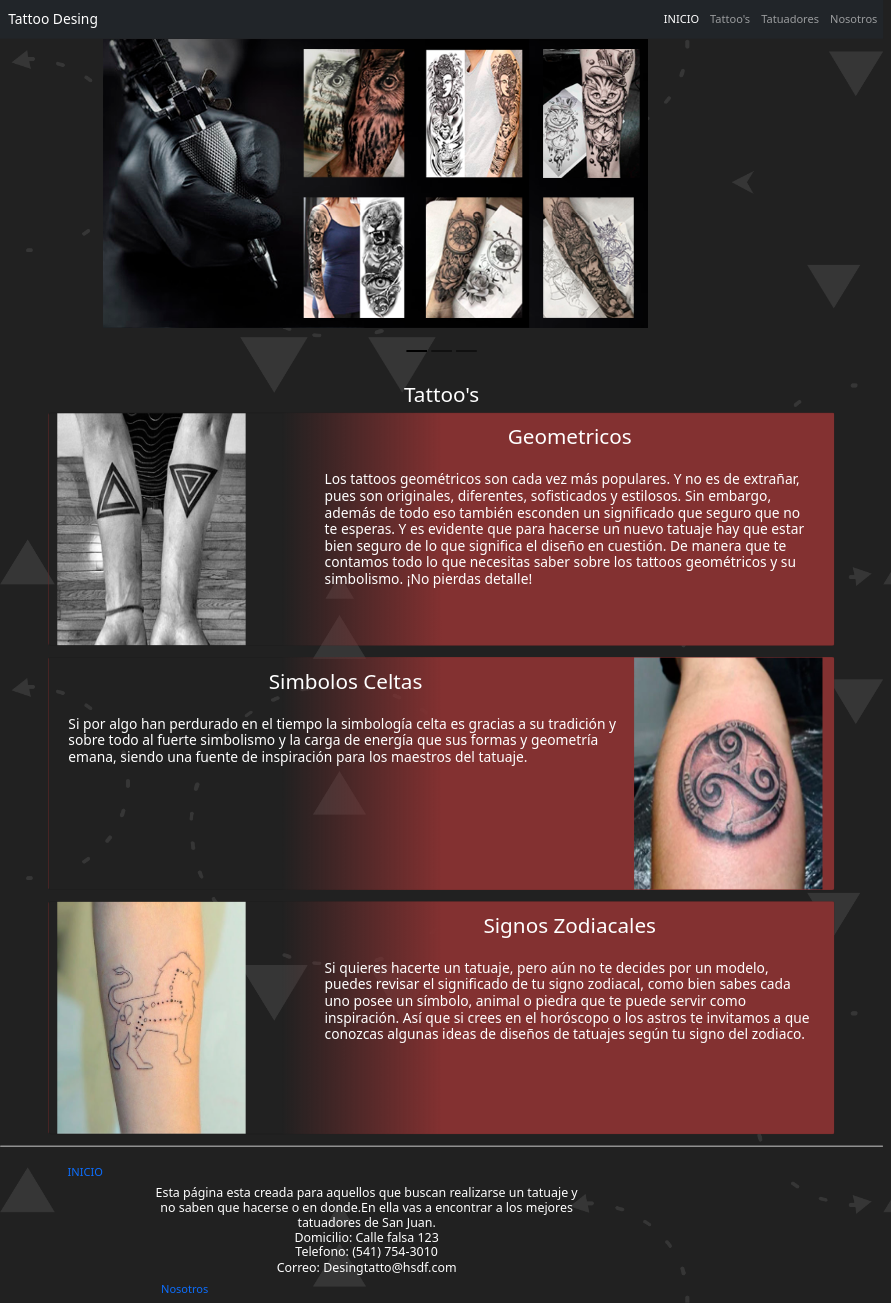
Repository: Vladimir-22/TatooDesign
Page: index.html
The author's editor kept a copy of each file at every save. The page is drawn from the files as they stood at one save, then again after the next save.
The browser window is 1280 px wide. The page is 1292 px wide, so the pictures cover 1292 px, including what lies to the right of the window. The pictures show the whole page, at 69% of full size.
Some web libraries are served in a nearby version.

Above is the page before, as saved 2021-05-19 22:15:28.

After the next save:
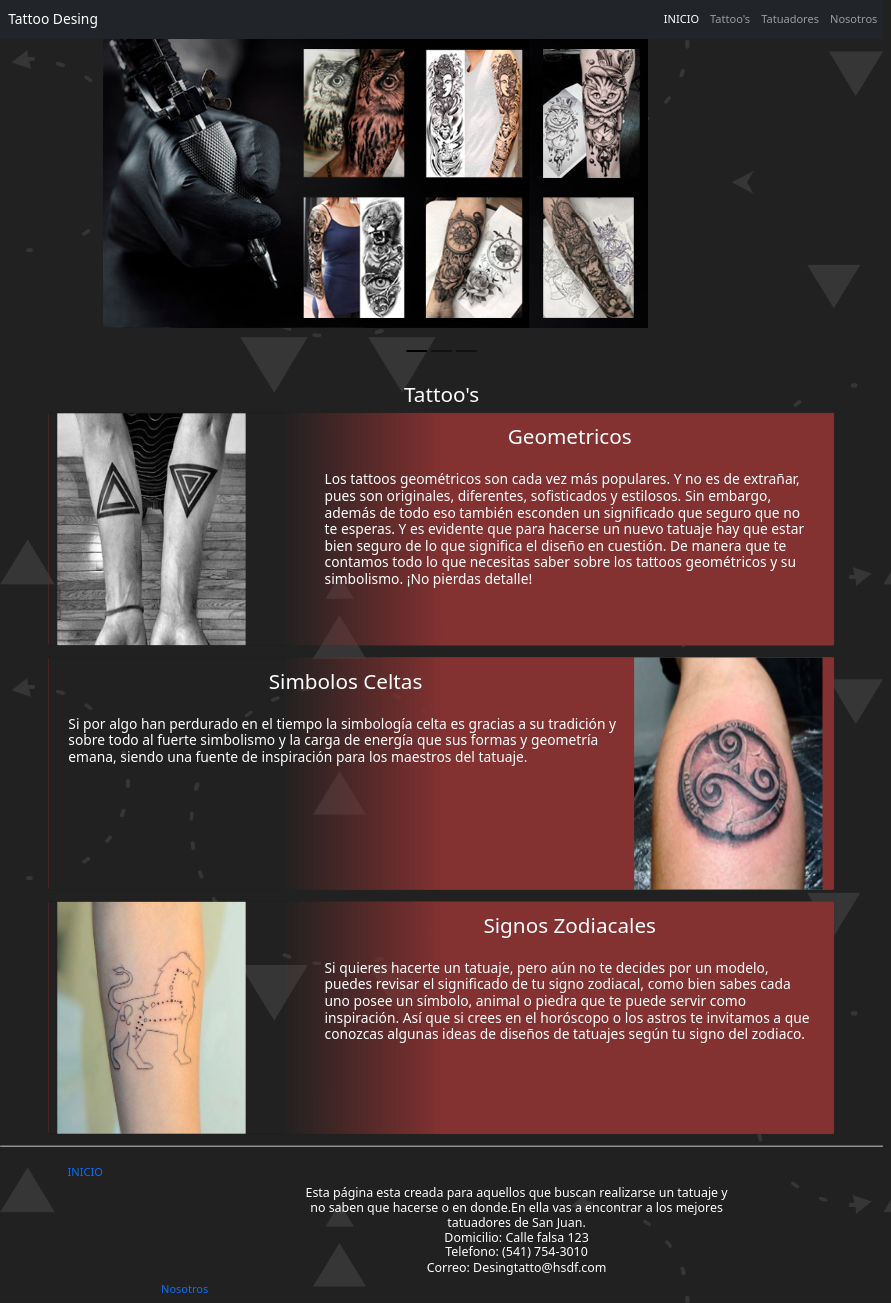
Saved 11 s later.
--- a/index.html
+++ b/index.html
@@ -276,6 +276,7 @@
             </div>
             <div class="row">
                 <div class="col-md-2"></div>
+                <div class="col-md-2"></div>
                 <div class="col-md-6">
                     <h3 id="descrip-gral" class="card-text">
                         Esta página esta creada para aquellos que buscan realizarse un
